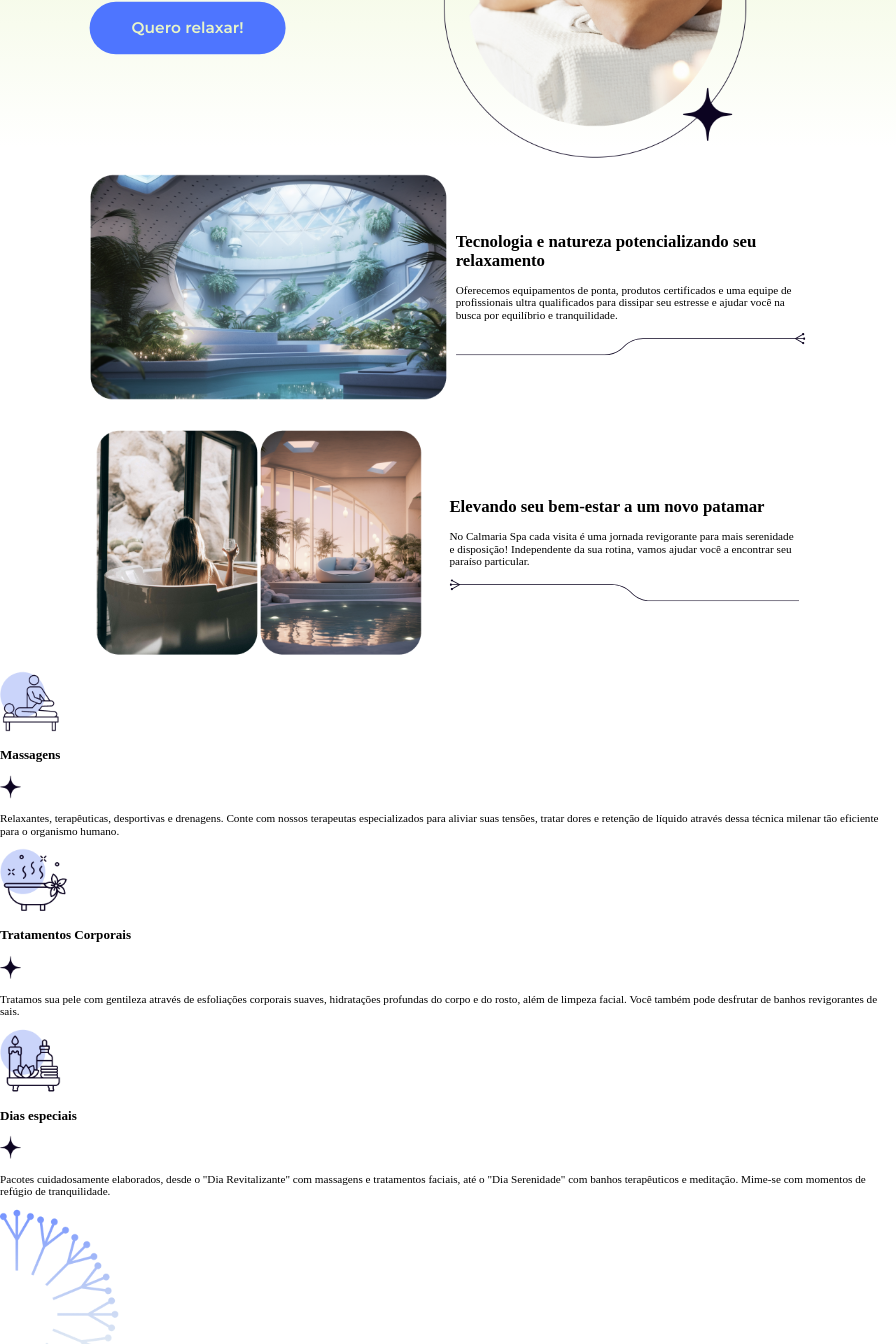
Repository: joaoPraiaJunior/curso-sass
Page: index.html
An editor plug-in stored every save of this project. The page is shown before and after the next save, followed by the edit.
The browser window is 1280 px wide. The pictures show the part of the page from y = 588 to 2508 px (the page is 3677 px tall before and 3725 px after), at 70% of full size.
Some web fonts or font styles are not loaded; a fallback is used. The style sheet was rebuilt from its Sass, Less or Tailwind sources for each picture, by a compiler version that may differ from the author's.

Above is the page before, as saved 2024-07-06 17:03:49.

After the next save:
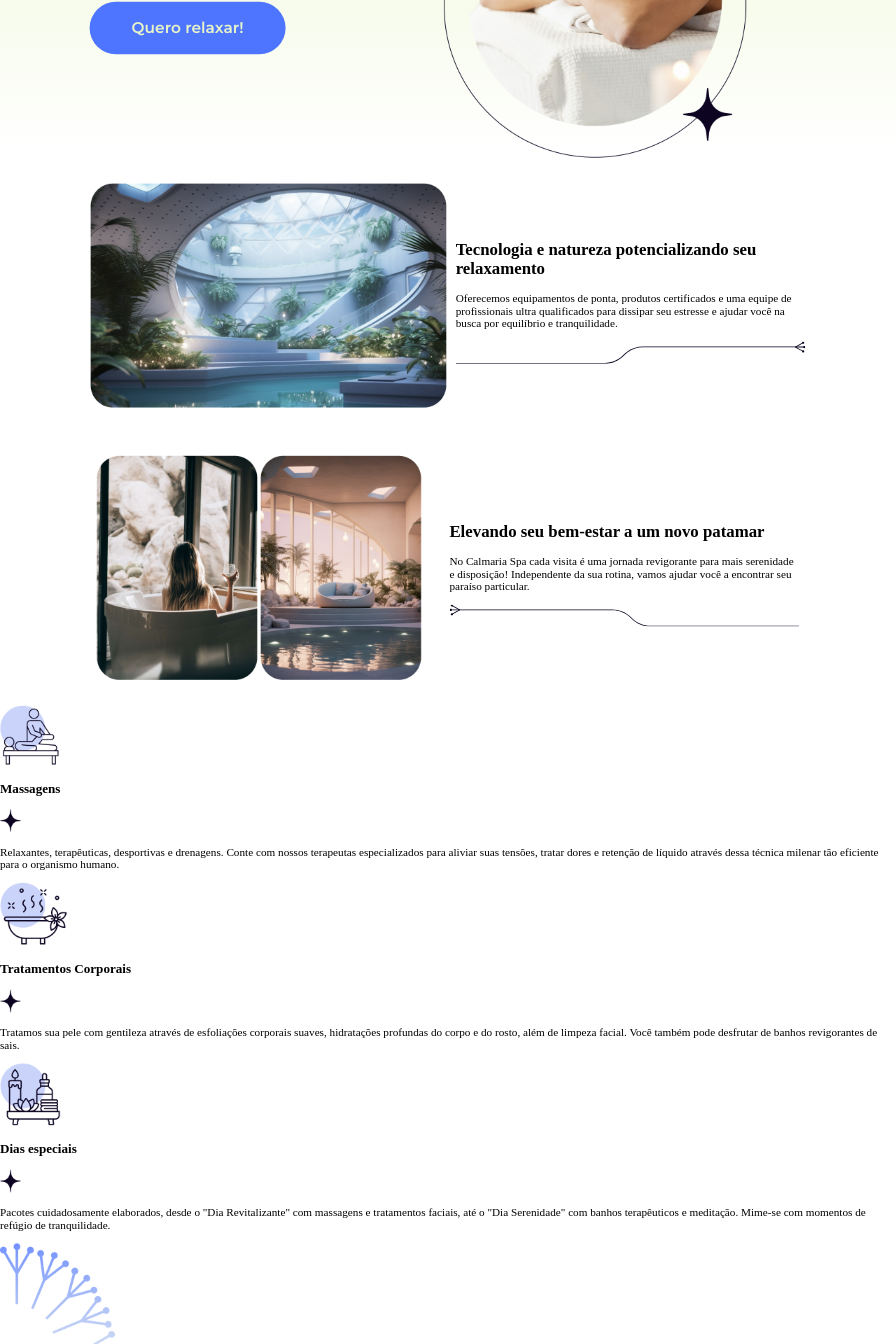
Saved 28 s later.
--- a/styles/components/_nosso-espaco.scss
+++ b/styles/components/_nosso-espaco.scss
@@ -9,7 +9,7 @@
         justify-content: space-around;
         gap: 2rem;
         width: 100%;
-        padding: 2rem 0;
+        padding: 3.2rem 0;
         .imgs-espaco {
             max-width: 500px;
         }
